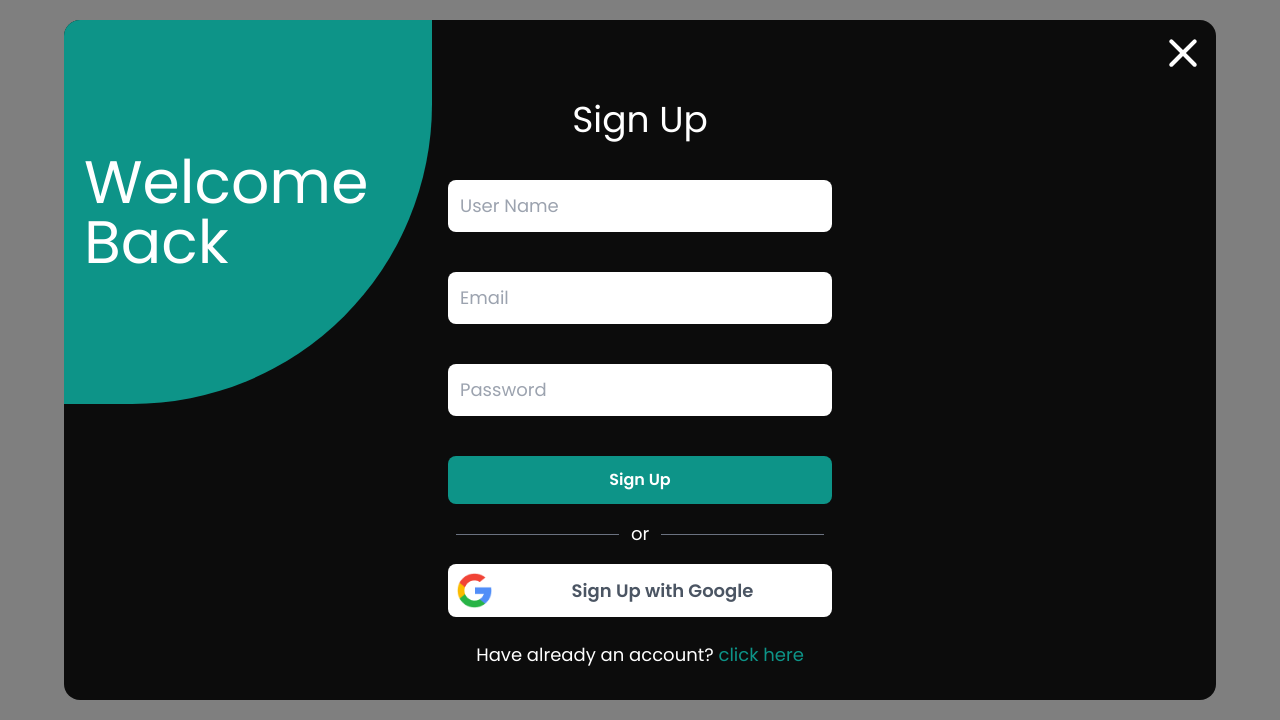
Repository: Ahmed77669/GT-Exams
Page: /
These files come from the project's save history. The page is drawn as it stood at one moment and after the next save; the edit follows.
The browser window is 1280 px wide. The pictures show the whole page.
The project was rebuilt for these pictures with package versions that can differ from the ones it lists, and the page was loaded fresh each time. The framework's server and built-in components were replaced by stand-ins that run in the browser. Also part of the build but not shown: next.config.mjs.

Above is the page before, as saved 2024-10-04 21:03:30.

After the next save:
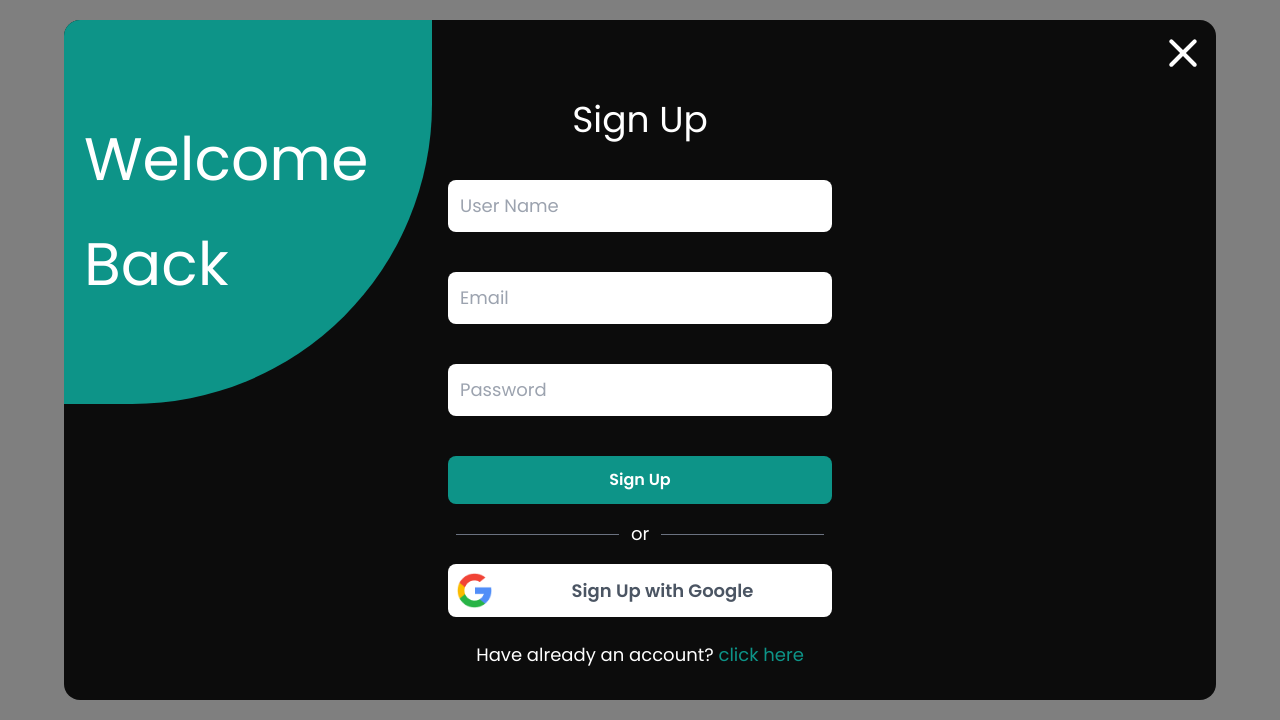
Saved 39 s later.
--- a/components/login.tsx
+++ b/components/login.tsx
@@ -41,7 +41,7 @@ const Signup: React.FC<SignupProps> = ({ closeSignup, toggleForm }) => {
           <div className="bg-black/90 w-full max-w-6xl rounded-2xl min-h-[680px]">
             <div className="grid md:grid-cols-3 gap-6 text-white">
               <div className="bg-teal-600 w-full h-96 rounded-tl-2xl rounded-br-[300px] flex items-center">
-                <h1 className="text-6xl ml-5 line-height: 3">Welcome Back</h1>
+                <h1 className="text-6xl ml-5 leading-[1.75]">Welcome Back</h1>
               </div>
               <div className="flex flex-col items-center justify-center mt-20">
                 <p className="text-center mb-10 text-4xl">Sign Up</p>
